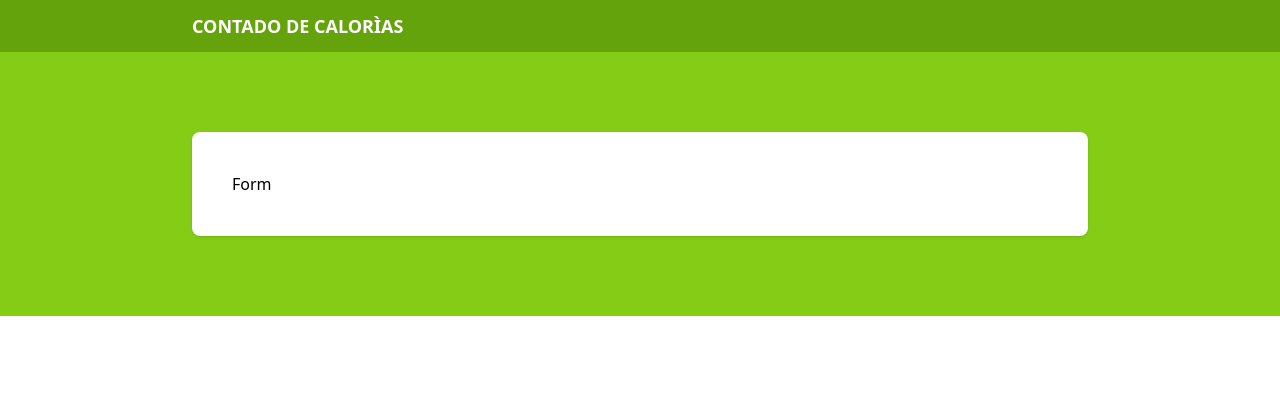
Repository: Matiiu/calorie-tracker
Page: /
An editor plug-in stored every save of this project. The page is shown before and after the next save, followed by the edit.
The browser window is 1280 px wide. The pictures show the whole page.
The project was rebuilt for these pictures with package versions that can differ from the ones it lists, and the page was loaded fresh each time. Also part of the build but not shown: vite.config.ts.

Above is the page before, as saved 2024-03-30 22:33:56.

### index.html
<!doctype html>
<html lang="en">
  <head>
    <meta charset="UTF-8" />
    <link rel="icon" type="image/svg+xml" href="/vite.svg" />
    <meta name="viewport" content="width=device-width, initial-scale=1.0" />
    <title>Contador de Calorías - React</title>
  </head>
  <body>
    <div id="root"></div>
    <script type="module" src="/src/main.tsx"></script>
  </body>
</html>

### src/App.tsx
import Header from "./components/Header";
import Form from "./components/Form";
export default function App() {
  return (
    <>
      <Header />

      <section className="bg-lime-500 py-20 px-5">
        <div className="max-w-4xl mx-auto">
          <Form />
        </div>
      </section>
    </>
  );
}

### src/components/Header.tsx
export default function Header() {
  return (
    <header className="bg-lime-600 py-3">
      <div className="max-w-4xl mx-auto flex justify-between">
        <h1 className="text-center text-lg font-bold text-white uppercase">
          Contado de Calorìas
        </h1>
      </div>
    </header>
  );
}

### src/components/Form.tsx
export default function Form() {
  return (
    <form className="space-y-5 bg-white shadow p-10 rounded-lg">
        Form
    </form>
  );
}

Loaded but not shown: src/main.tsx (common file); src/index.css (common file); tailwind.config.js (common file)

After the next save:
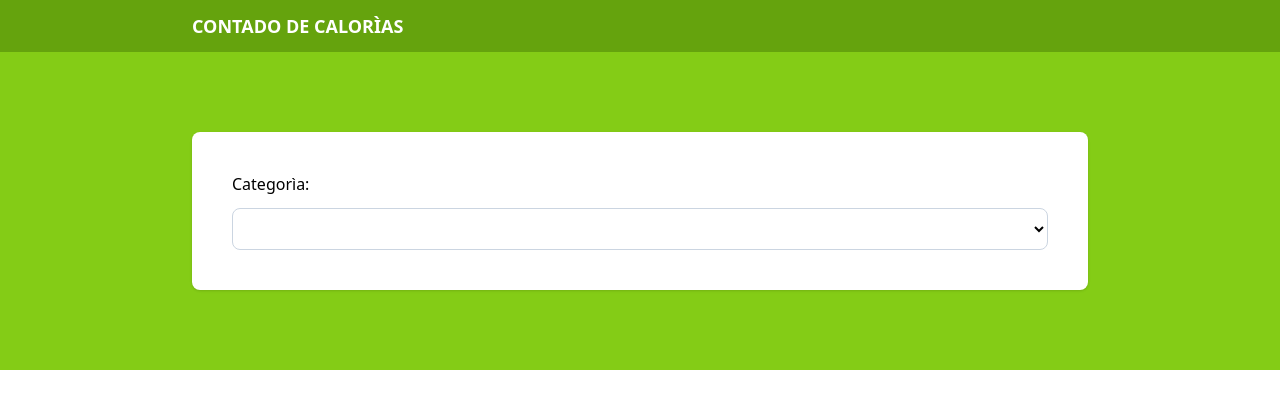
Saved 110 s later.
--- a/src/components/Form.tsx
+++ b/src/components/Form.tsx
@@ -1,7 +1,12 @@
 export default function Form() {
   return (
     <form className="space-y-5 bg-white shadow p-10 rounded-lg">
-        Form
+        <div className="grid grid-cols-1 gap-3">
+            <label htmlFor="">Categorìa:</label>
+            <select name="" id="" className="border border-slate-300 p-2 rounded-lg w-full bg-white">
+                <option value=""></option>
+            </select>
+        </div>
     </form>
   );
 }
